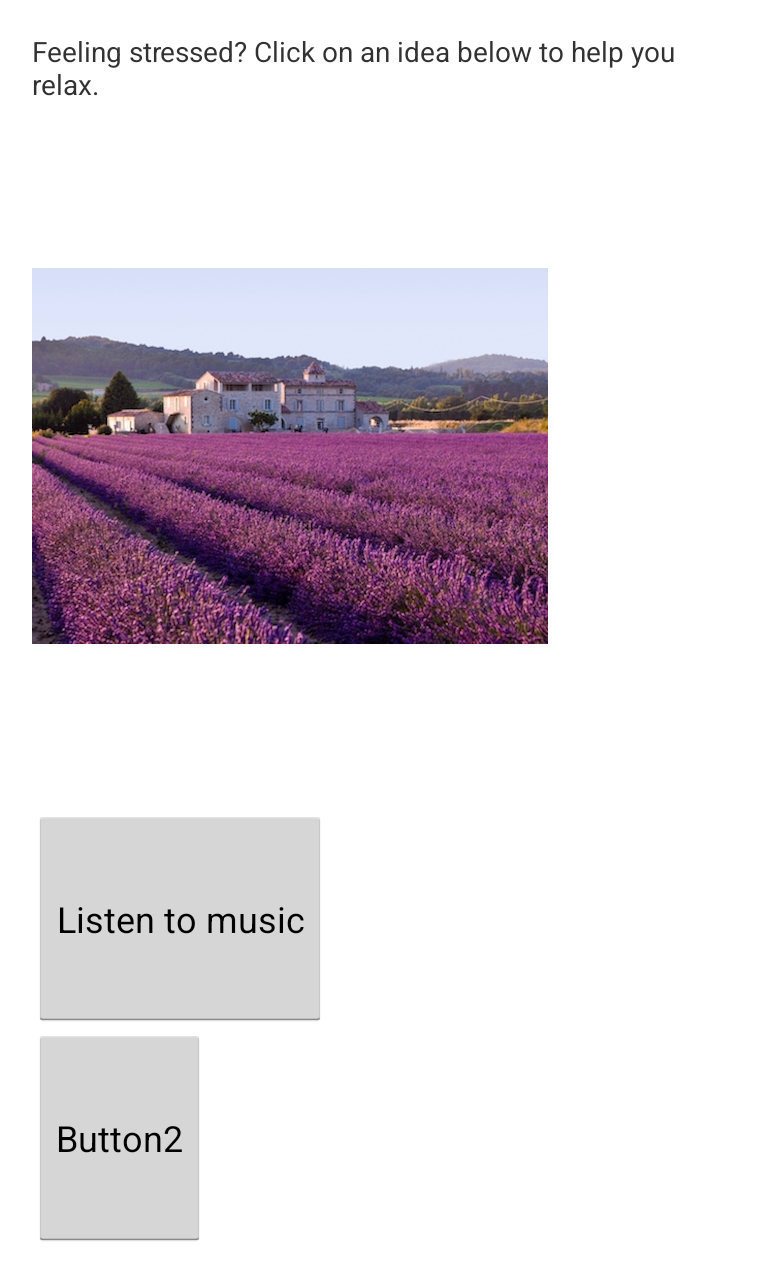
Repository: LSummers33/Apps101
Layout: Self-Care/res/layout/activity_main.xml
The author's editor kept a copy of each file at every save. The layout is drawn from the files as they stood at one save, then again after the next save.
It is drawn on a 768 x 1280 px phone screen (xhdpi) without system bars, with theme AppTheme; the app's code is not run.

Above is the layout before, as saved 2014-01-26 20:57:52.

### Self-Care/res/layout/activity_main.xml
<LinearLayout xmlns:android="http://schemas.android.com/apk/res/android"
    xmlns:tools="http://schemas.android.com/tools"
    android:layout_width="match_parent"
    android:layout_height="match_parent"
    android:paddingBottom="@dimen/activity_vertical_margin"
    android:paddingLeft="@dimen/activity_horizontal_margin"
    android:paddingRight="@dimen/activity_horizontal_margin"
    android:paddingTop="@dimen/activity_vertical_margin"
    android:orientation="vertical"
    tools:context=".MainActivity" >

    <TextView
        android:id="@+id/textView1"
        android:layout_width="wrap_content"
        android:layout_height="wrap_content"
        android:text="@string/hello_world" />

    <ImageView
        android:id="@+id/imageView1"
        android:layout_width="258dp"
        android:layout_height="353dp"
        android:contentDescription="@string/image"
        android:src="@drawable/lavender_field" />

    <Button
        android:id="@+id/button1"
        android:layout_width="wrap_content"
        android:layout_height="wrap_content"
        android:onClick="listen"
        android:layout_weight="1"
        android:text="@string/button1" />

    <Button
        android:id="@+id/button2"
        android:layout_width="wrap_content"
        android:layout_height="wrap_content"
        android:layout_weight="1"
        android:text="@string/button2" />

</LinearLayout>

### Self-Care/res/values/strings.xml
<?xml version="1.0" encoding="utf-8"?>
<resources>

    <string name="app_name">Self-Care</string>
    <string name="action_settings">Settings</string>
    <string name="hello_world">Feeling stressed? Click on an idea
        below to help you relax.</string>
    <string name="button1">Listen to music</string>
    <string name="button2">Button2</string>
    <string name="button3">Button3</string>
    <string name="title_activity_music">MusicActivity</string>
    <string name="image">Smell the soothing scent of lavender while you
        relax and listen to the music.</string>

</resources>

Loaded but not shown: Self-Care/res/values/styles.xml (common file); Self-Care/res/values-v11/styles.xml (common file); Self-Care/res/values-v14/styles.xml (common file); Self-Care/res/values/dimens.xml (common file)

After the next save:
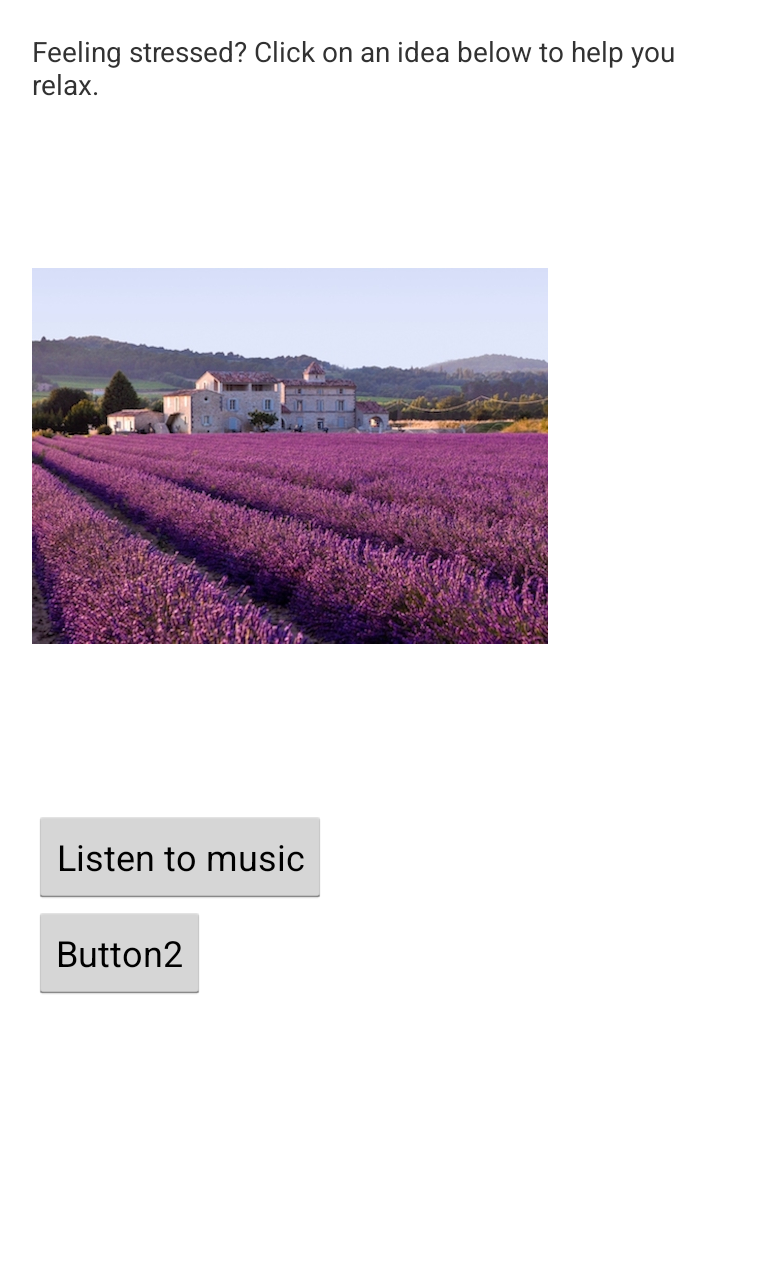
Saved 11 s later.
--- a/Self-Care/res/layout/activity_main.xml
+++ b/Self-Care/res/layout/activity_main.xml
@@ -27,14 +27,14 @@
         android:layout_width="wrap_content"
         android:layout_height="wrap_content"
         android:onClick="listen"
-        android:layout_weight="1"
+        android:layout_weight="0"
         android:text="@string/button1" />
 
     <Button
         android:id="@+id/button2"
         android:layout_width="wrap_content"
         android:layout_height="wrap_content"
-        android:layout_weight="1"
+        android:layout_weight="0"
         android:text="@string/button2" />
 
 </LinearLayout>
